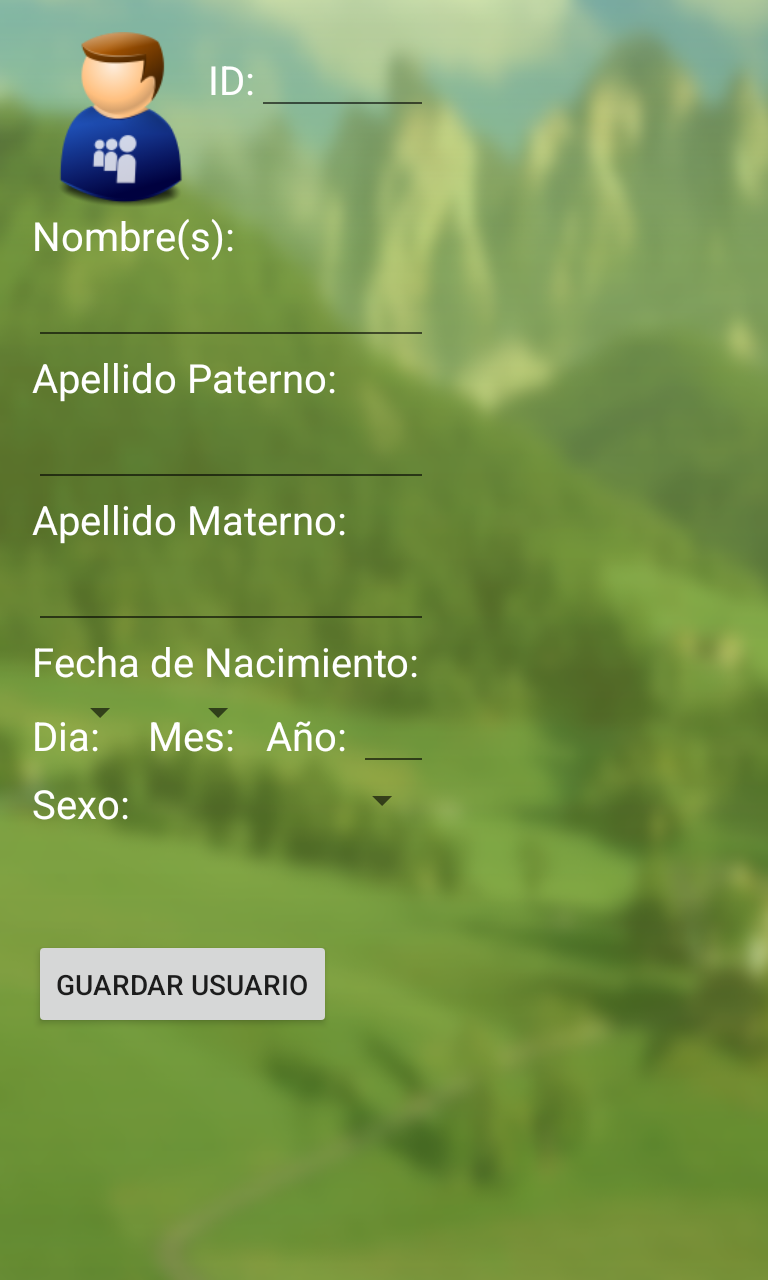
Repository: AntonioloNeviani/ProyectoDeInvestigacion_Android
Layout: FiliiStude/res/layout/activity_nuevo_usuario.xml
The author's editor kept a copy of each file at every save. The layout is drawn from the files as they stood at one save, then again after the next save.
It is drawn on a 768 x 1280 px phone screen (xhdpi) without system bars, with theme AppTheme; the app's code is not run.

Above is the layout before, as saved 2015-05-26 09:36:00.

After the next save:
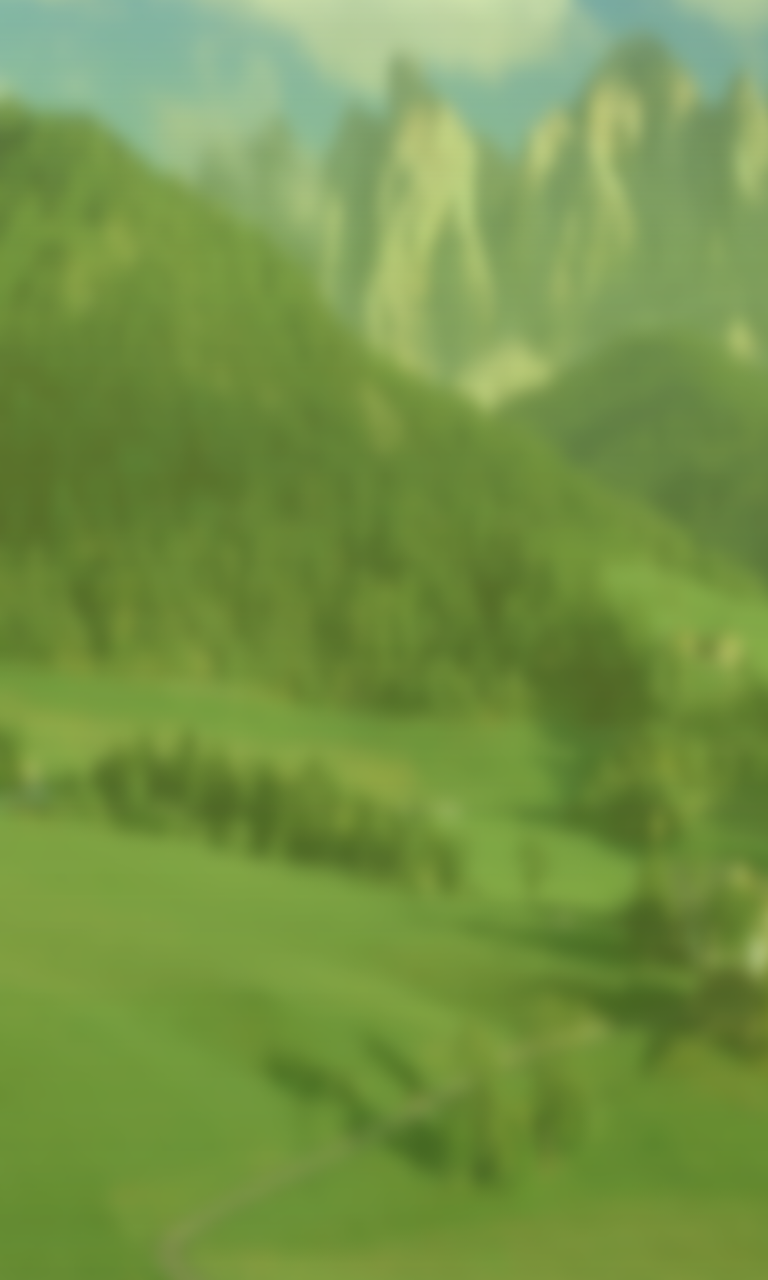
Saved 57 s later.
--- a/FiliiStude/res/layout/activity_nuevo_usuario.xml
+++ b/FiliiStude/res/layout/activity_nuevo_usuario.xml
@@ -11,8 +11,8 @@
 
     <ScrollView
         android:id="@+id/scrollView1"
-        android:layout_width="wrap_content"
-        android:layout_height="wrap_content" >
+        android:layout_width="wrap_parent"
+        android:layout_height="wrap_parent" >
 
         <LinearLayout
             android:layout_width="match_parent"
